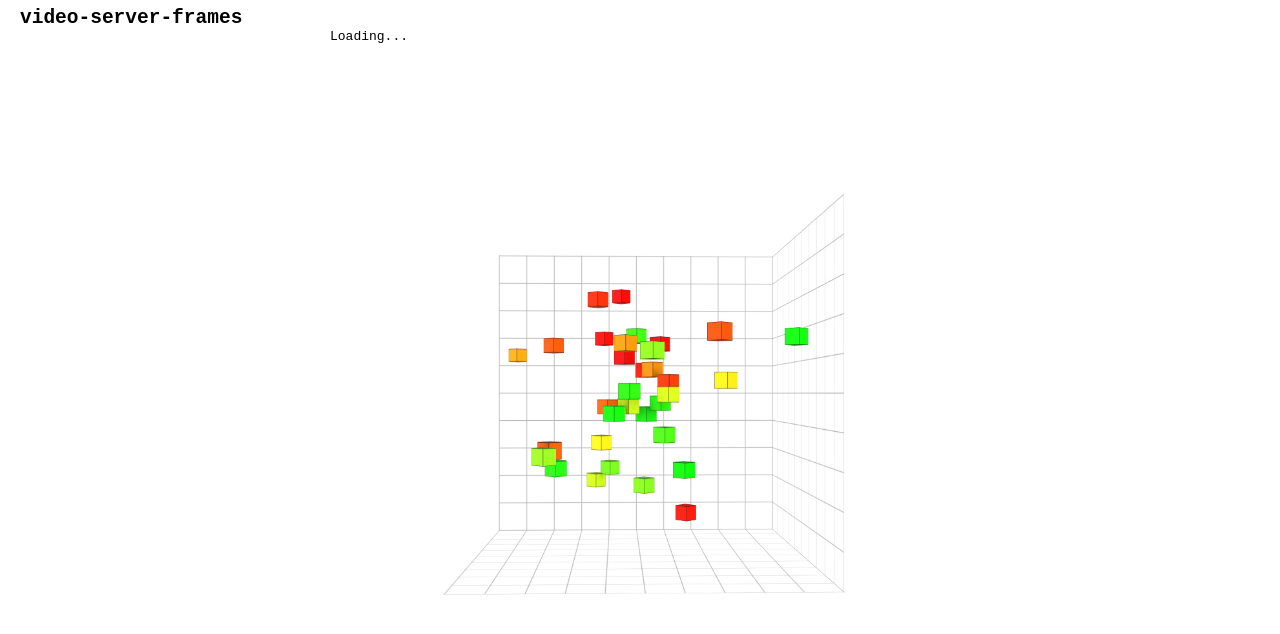
Repository: ceeskaan/ceeskaan.github.io
Page: index.html
These files come from the project's save history. The page is drawn as it stood at one moment and after the next save; the edit follows.
The browser window is 1280 px wide. The pictures show the window.
A layer covers the whole window, so only the first screen is drawn. Some web libraries are served in a nearby version.

Above is the page before, as saved 2022-02-09 21:04:28.
Console error: TypeError: Cannot read properties of null (reading 'remove')

After the next save:
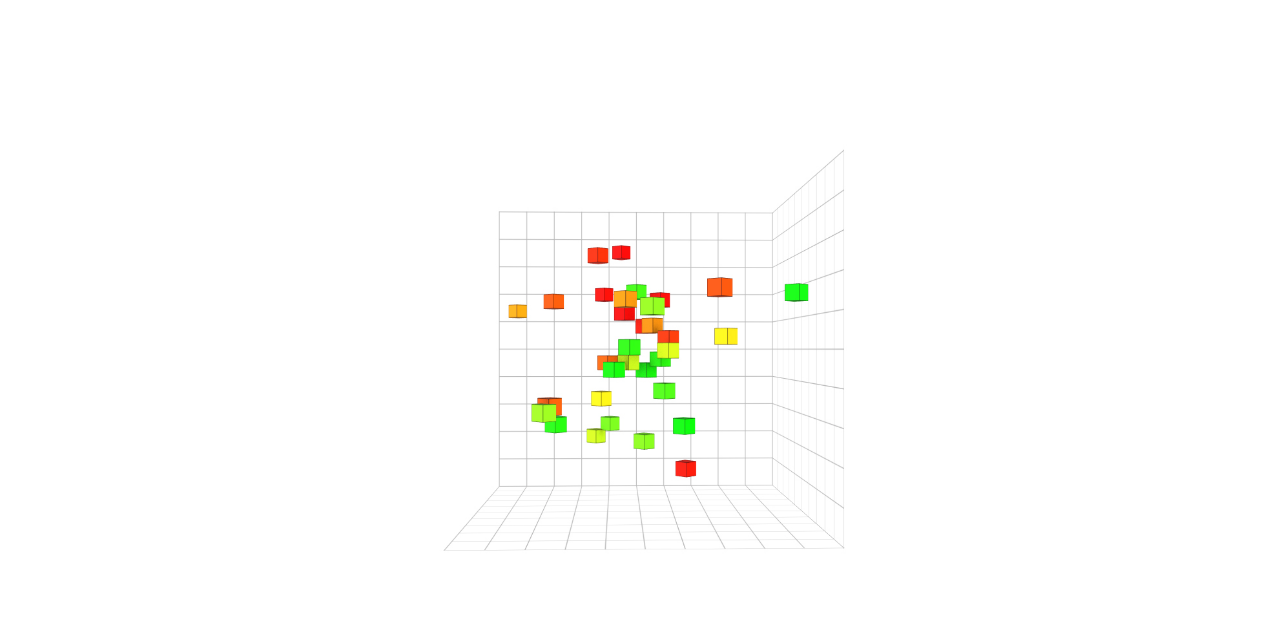
Saved 6 s later.
--- a/index.html
+++ b/index.html
@@ -12,12 +12,7 @@
         type = "image/x-icon">
     </head>
     <body>
-        <h2>
-                <code>video-server-frames</code>
-            </h2>
-            <section>
-                <pre id="comments"></pre>
-            </section>
+        <div class="loader"></div>
         <div id="content">
             <section class="canvas-container" id="canvas-container">
                 <input
